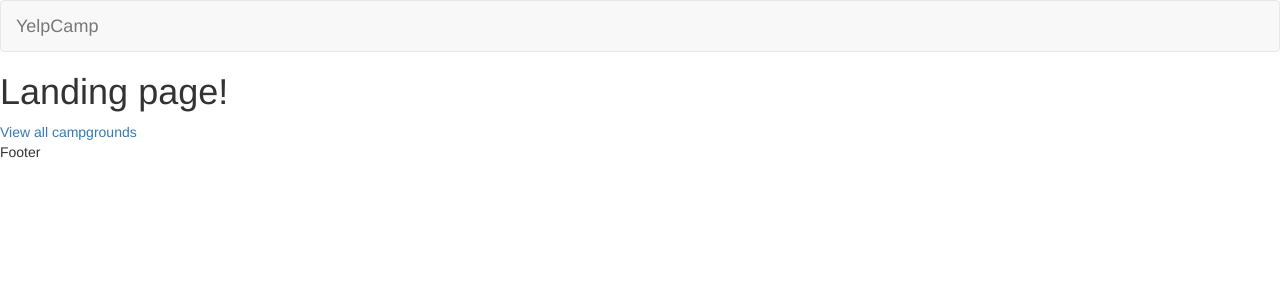
Repository: leandrobellini/Web-Developer-Bootcamp-Udemy
Page: http://localhost/
The author's editor kept a record of every edit. The page is drawn from the files as they stood at one moment, then again after the next edit.
The browser window is 1280 px wide. The pictures show the whole page.
The page is served by the project's Node server (YelpCamp/v1/app.js).

Above is the page before.

After the next edit:
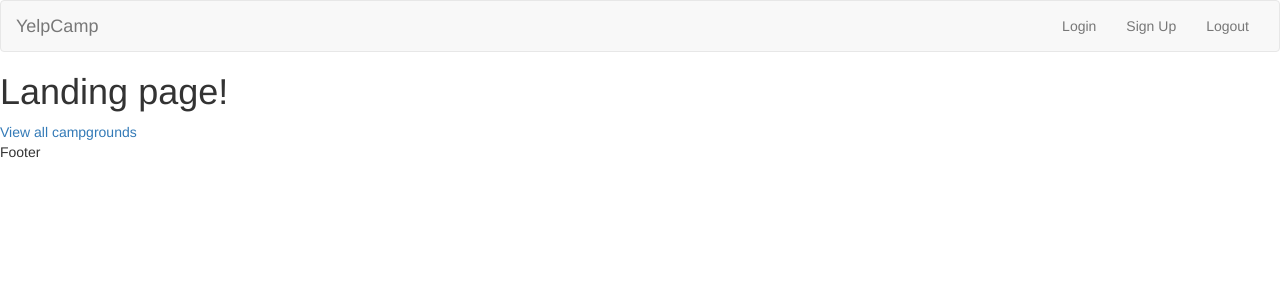
The edit:
--- a/29. RESTful Routing/workspace/YelpCamp/v1/views/partials/header.ejs
+++ b/29. RESTful Routing/workspace/YelpCamp/v1/views/partials/header.ejs
@@ -9,17 +9,17 @@
   </head>
   <body>
 
-  <nav class="navbar navbar-default">
-    <div class="container-fluid">
-      <div class="navbar-header">
-        <a class="navbar-brand" href="/">YelpCamp</a>
+    <nav class="navbar navbar-default">
+      <div class="container-fluid">
+        <div class="navbar-header">
+          <a class="navbar-brand" href="/">YelpCamp</a>
+        </div>
+        <div class="collapse navbar-collapse">
+          <ul class="nav navbar-nav navbar-right">
+            <li><a href="/">Login</a></li>
+            <li><a href="/">Sign Up</a></li>
+            <li><a href="/">Logout</a></li>
+          </ul>
+        </div>
       </div>
-      <div class="collapse navbar-collapse">
-        <ul class="nav navbar-nav navbar-right">
-          <li><a href="/"></a></li>
-          <li><a href="/"></a></li>
-          <li><a href="/"></a></li>
-        </ul>
-      </div>
-    </div>
-  </nav>
+    </nav>
